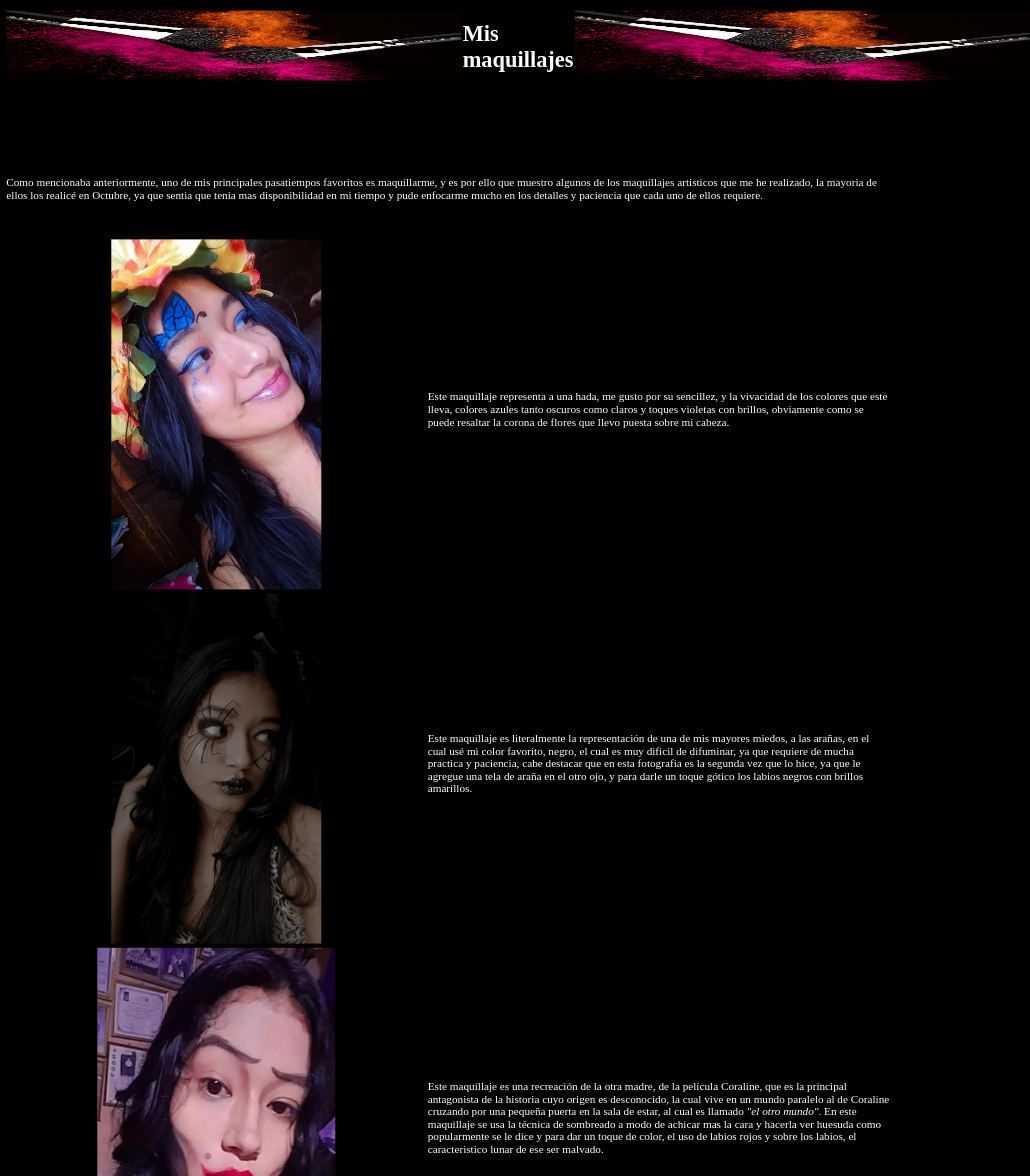
Repository: darlyn-saravia27/portafolio-darlynsaravia
Page: archivoshtml/maquillaje.html
An editor plug-in stored every save of this project. The page is shown before and after the next save, followed by the edit.
The browser window is 1280 px wide. The page is 1472 px wide, so the pictures cover 1472 px, including what lies to the right of the window. The pictures show the part of the page from y = 0 to 1680 px (the page is 4909 px tall before and 4946 px after), at 70% of full size.

Above is the page before, as saved 2023-03-08 04:20:23.

After the next save:
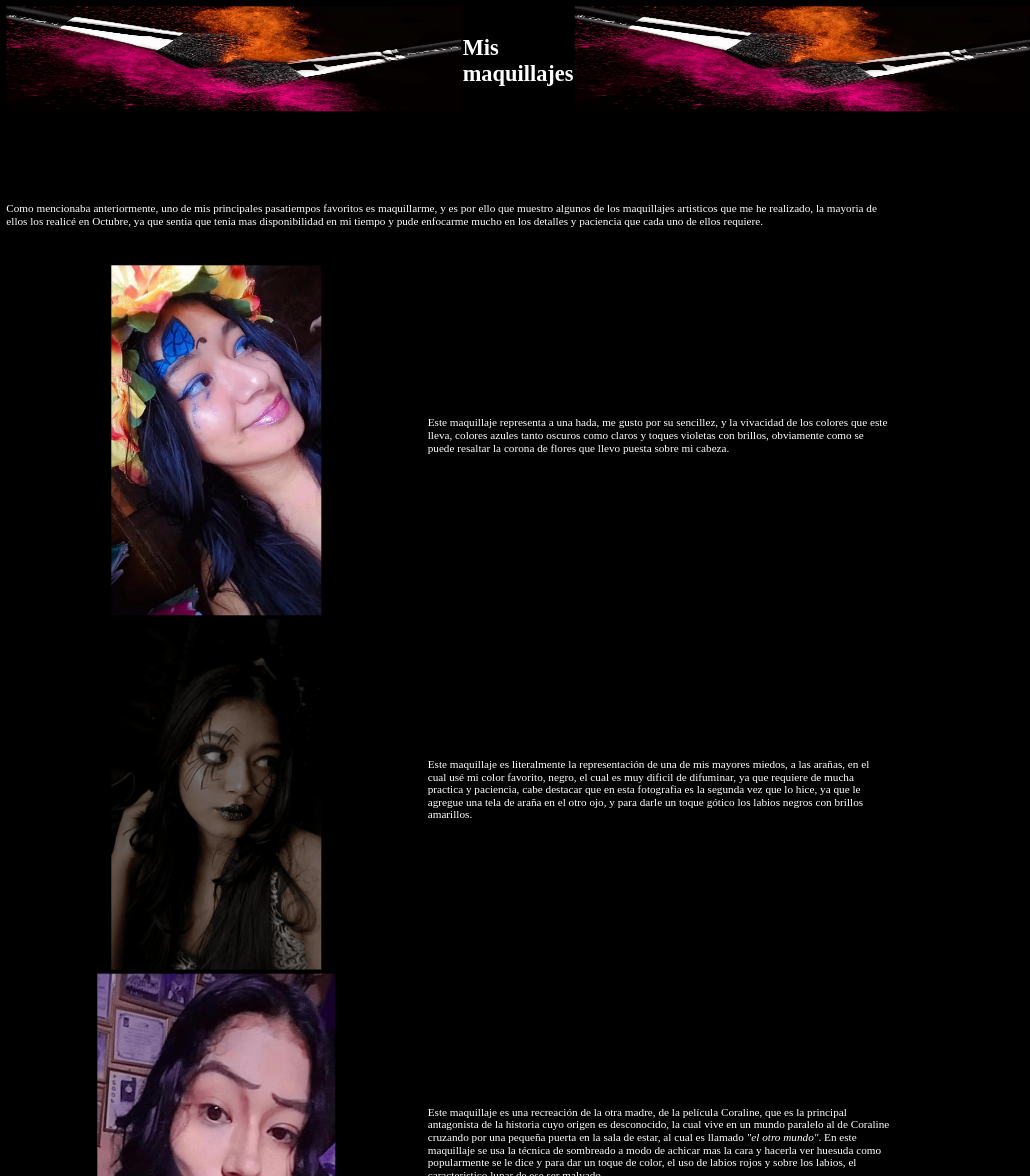
Saved 44 s later.
--- a/archivoshtml/maquillaje.html
+++ b/archivoshtml/maquillaje.html
@@ -10,13 +10,13 @@
     <table align="center" cellspacing="0" width="100%">
         <tr>
             <td>
-                <img src="Cosmetics.png" width="650px" height="100">
+                <img src="Cosmetics.png" width="650px" height="150">
             </td>
             <td>
                 <h1><font color="white">Mis maquillajes</font></h1>
             </td>
             <td>
-                <img src="Cosmetics.png" width="650px" height="100px">
+                <img src="Cosmetics.png" width="650px" height="150px">
             </td>
         </tr>
     </table>
